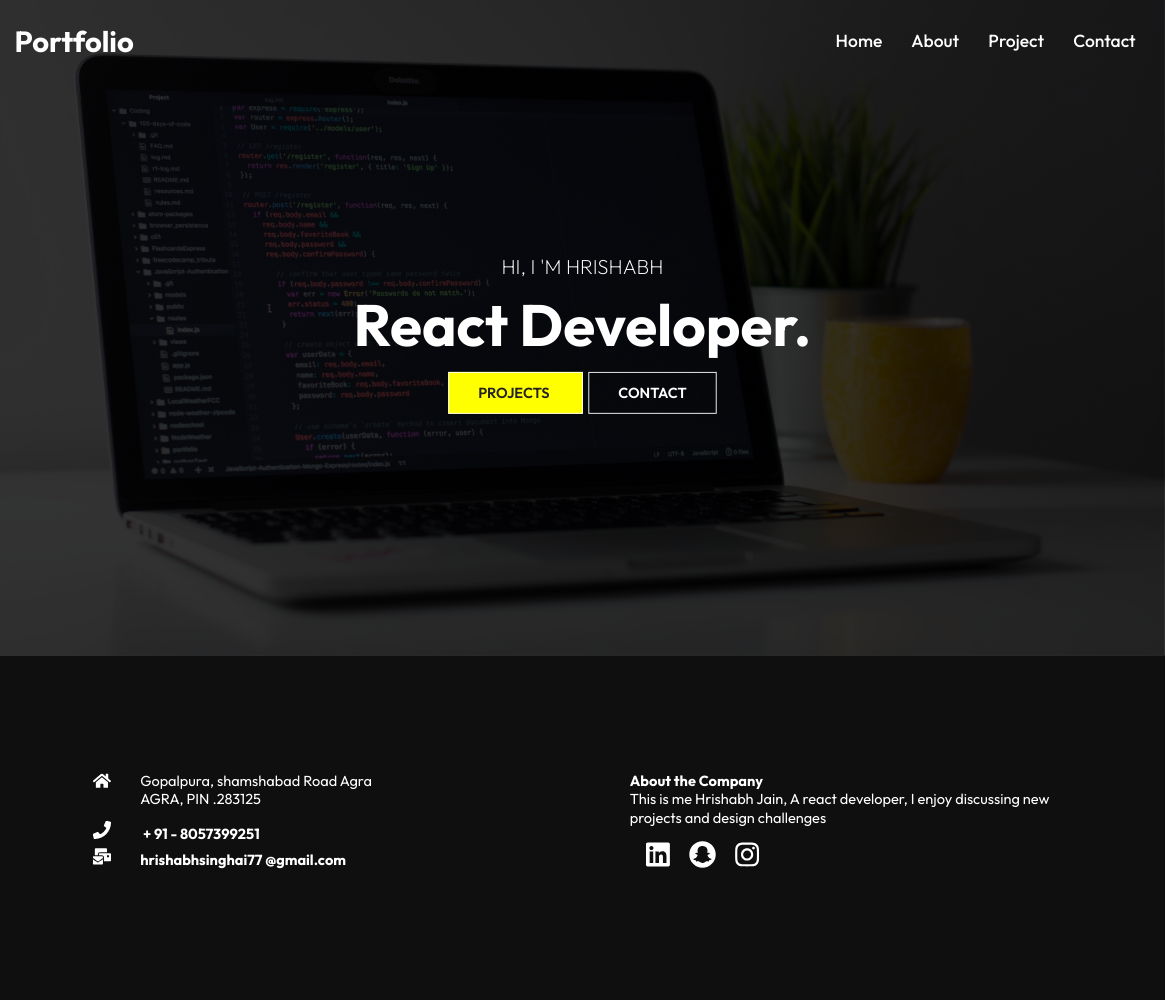
Repository: Hrishabhsinghai/Portfolio
Page: /
The author's editor kept a copy of each file at every save. The page is drawn from the files as they stood at one save, then again after the next save.
The browser window is 1280 px wide. The pictures show the whole page, at 91% of full size.
The project was rebuilt for these pictures with package versions that can differ from the ones it lists, and the page was loaded fresh each time. Also part of the build but not shown: src/routes/About.js, src/routes/Project.js, src/routes/Contact.js.

Above is the page before, as saved 2024-01-04 16:12:03.

### src/index.css
@import url("https://fonts.googleapis.com/css2?family=Orbitron&family=Outfit:wght@100;200;300;400;500;600;700;800;900&display=swap");
* {
  box-sizing: border-box;
  margin: 0;
  padding: 0;
  font-family: "Outfit", sans-serif;
}

body {
  background: black;
}

h1,
h4,
p,
a {
  color: #fff;
  text-decoration: none;
}

ul {
  list-style-type: none;
}

.btn {
  padding: 12px 32px;
  font-size: 1rem;
  text-transform: uppercase;
  color: #222;
  border: 1px solid #fff;
  font-weight: 600;
  cursor: pointer;
  background: yellow;
}

.btn-light {
  background: transparent;
  color: #fff;
}

.btn-hover {
  background: rgba(255, 255, 255, 0.2);
  color: #fff;
  transition: 0.3;
}

### src/App.js
import "./index.css";
import Home from "./routes/Home";
import About from "./routes/About";
import Project from "./routes/Project";
import Contact from "./routes/Contact";
import { Route, Routes } from "react-router-dom";

function App() {
  return (
    <>
      <Routes>
        <Route path="/" element={<Home />} />{" "}
        <Route path="/project" element={<Project />} />{" "}
        <Route path="/About" element={<About />} />{" "}
        <Route path="/Contact" element={<Contact />} />{" "}
      </Routes>{" "}
    </>
  );
}

export default App;

### src/routes/Home.js
import React from "react";
import Navbar from "../components/Navbar";
import HeroImg from "../components/HeroImg";
import Footer from "../components/Footer";

const Home = () => {
  return (
    <div>
      <Navbar />
      <HeroImg />
      <Footer />
    </div>
  );
};

export default Home;

### src/components/Navbar.js
import { Link } from "react-router-dom";
import "./NavbarStyles.css";

import { FaBars, FaTimes } from "react-icons/fa";
import { useState } from "react";

const Navbar = () => {
  const [click, setClick] = useState(false);
  const handleClick = () => setClick(!click);

  const [color, settColor] = useState(false);
  const changeColor = () => {
    if (window.scrollY >= 100) {
      settColor(true);
    } else {
      settColor(false);
    }
  };

  window.addEventListener("scroll", changeColor);

  return (
    <div className={click ? "header header-bg" : "header"}>
      <Link to="/">
        {" "}
        <h1> Portfolio </h1>{" "}
      </Link>{" "}
      <ul className={click ? "nav-menu active" : "nav-menu"}>
        <li>
          <Link to="/"> Home </Link>{" "}
        </li>{" "}
        <li>
          <Link to="/About"> About </Link>{" "}
        </li>{" "}
        <li>
          <Link to="/Project"> Project </Link>{" "}
        </li>{" "}
        <li>
          <Link to="/Contact"> Contact </Link>{" "}
        </li>{" "}
      </ul>{" "}
      <div className="hamburger" onClick={handleClick}>
        {" "}
        {click ? (
          <FaTimes size={20} style={{ color: "#fff" }} />
        ) : (
          <FaBars size={20} style={{ color: "#fff" }} />
        )}{" "}
      </div>{" "}
    </div>
  );
};

export default Navbar;

### src/components/HeroImg.js
import "./HeroImgStyles.css";
import "../index.css";
import IntroImg from "../assets/IntroImg.jpg";
import React from "react";
import { Link } from "react-router-dom";

const HeroImg = () => {
  return (
    <div className="hero">
      <div className="mask">
        <img className="into-img" src={IntroImg} alt="IntroImg" />
      </div>{" "}
      <div className="content">
        <p> HI, I 'M HRISHABH </p> <h1> React Developer. </h1>{" "}
        <div>
          <Link to="/project" className="btn">
            {" "}
            Projects{" "}
          </Link>{" "}
          <Link to="/contact" className="btn btn-light">
            {" "}
            Contact{" "}
          </Link>{" "}
        </div>{" "}
      </div>{" "}
    </div>
  );
};

export default HeroImg;

### src/components/Footer.js
import "./FooterStyles.css";

import React from "react";
import {
  FaHome,
  FaInstagram,
  FaLinkedin,
  FaMailBulk,
  FaPhone,
  FaSnapchat,
} from "react-icons/fa";

const Footer = () => {
  return (
    <div className="footer">
      <div className="footer-container">
        <div className="left">
          <div className="location">
            <FaHome size={20} style={{ color: "#fff", marginRight: "2rem" }} />{" "}
            <div>
              <p> Gopalpura, shamshabad Road Agra </p>{" "}
              <p> AGRA, PIN .283125 </p>{" "}
            </div>{" "}
          </div>{" "}
          <div className="phone">
            <h4>
              {" "}
              <FaPhone
                size={20}
                style={{ color: "#fff", marginRight: "2rem" }}
              />{" "}
              + 91 - 8057399251{" "}
            </h4>{" "}
          </div>{" "}
          <div className="email">
            <h4>
              {" "}
              <FaMailBulk
                size={20}
                style={{ color: "#fff", marginRight: "2rem" }}
              />
              hrishabhsinghai77 @gmail.com{" "}
            </h4>{" "}
          </div>{" "}
        </div>{" "}
        <div className="right">
          <h4> About the Company </h4>{" "}
          <p>
            {" "}
            This is me Hrishabh Jain, A react developer, I enjoy discussing new
            projects and design challenges{" "}
          </p>{" "}
          <div className="social">
            <h4>
              <FaLinkedin
                size={30}
                style={{ color: "#fff", marginLeft: "1rem" }}
              />{" "}
              <FaSnapchat
                size={30}
                style={{ color: "#fff", marginLeft: "1rem" }}
              />{" "}
              <FaInstagram
                size={30}
                style={{ color: "#fff", marginLeft: "1rem" }}
              />{" "}
            </h4>{" "}
          </div>{" "}
        </div>{" "}
      </div>{" "}
    </div>
  );
};

export default Footer;

### src/components/NavbarStyles.css
.header {
  display: flex;
  justify-content: space-between;
  align-items: center;
  padding: 1rem;
  position: fixed;
  width: 100%;
  height: 90px;
  z-index: 10;
}

.header-bg {
  background-color: rgba(0, 0, 0, 0.85);
  transition: 0.5s;
}

.nav-menu {
  display: flex;
}

.nav-menu li {
  padding: 0 1rem;
}

.nav-menu li a {
  font-size: 1.2rem;
  font-weight: 500;
}

.hamburger {
  display: none;
}

@media screen and (max-width: 1040px) {
  .nav-menu {
    flex-direction: column;
    justify-content: center;
    align-items: center;
    width: 100%;
    height: 100vh;
    background: rgba(0, 0, 0, 0.9);
    position: absolute;
    top: 0;
    left: -100%;
    z-index: -3;
    transition: 0.3s;
  }
  .nav-menu.active {
    left: 0;
  }
  .nav-menu li {
    padding: 1rem 0;
  }
  .nav-menu li a {
    font-size: 2rem;
  }
  .hamburger {
    display: initial;
  }
}

### src/components/HeroImgStyles.css
.mask {
  width: 100%;
  height: 100vh;
  position: relative;
}

.into-img {
  width: 100%;
  height: 100vh;
  background-size: cover;
  background-position: center;
  object-fit: cover;
}

.mask::after {
  content: "";
  width: 100%;
  height: 100vh;
  position: absolute;
  top: 0;
  left: 0;
  background-color: #000;
  opacity: 0.8;
}

.hero {
  height: 100%;
  width: 100;
}

.hero .content {
  position: absolute;
  transform: translate(-50%, -50%);
  top: 50%;
  left: 50%;
  text-align: center;
}

.hero .content h1 {
  font-size: 4rem;
  padding: 0.6rem 0 1.5rem;
}

.hero .content p {
  font-size: 1.4rem;
  font-weight: 200;
  text-transform: uppercase;
}

.content .btn {
  margin: 1rem 0.2rem;
}

@media screen and (max-width: 640px) {
  .hero .content h1 {
    font-size: 3rem;
  }
  .hero .content p {
    font-size: 1.4rem;
  }
}

### src/components/FooterStyles.css
.footer {
  width: 100%;
  padding: 6rem 0;
  background-color: rgba(19, 19, 19, 0.8);
}

.footer-container {
  max-width: 1140px;
  margin: auto;
  display: grid;
  grid-template-columns: repeat(2, 1fr);
  grid-gap: 40px;
}

.left {
  height: 100%;
  max-width: 100%;
  display: flex;
  flex-direction: column;
  padding: 2rem;
}

.location {
  display: flex;
  margin-bottom: 0.8rem;
}

.phone {
  line-height: 30px;
}

.right {
  height: 100%;
  max-width: 100%;
  display: flex;
  flex-direction: column;
  padding: 2rem;
  margin-bottom: 0.8rem;
}

.social {
  margin-top: 1rem;
}

Loaded but not shown: public/index.html (common file); src/index.js (common file)

After the next save:
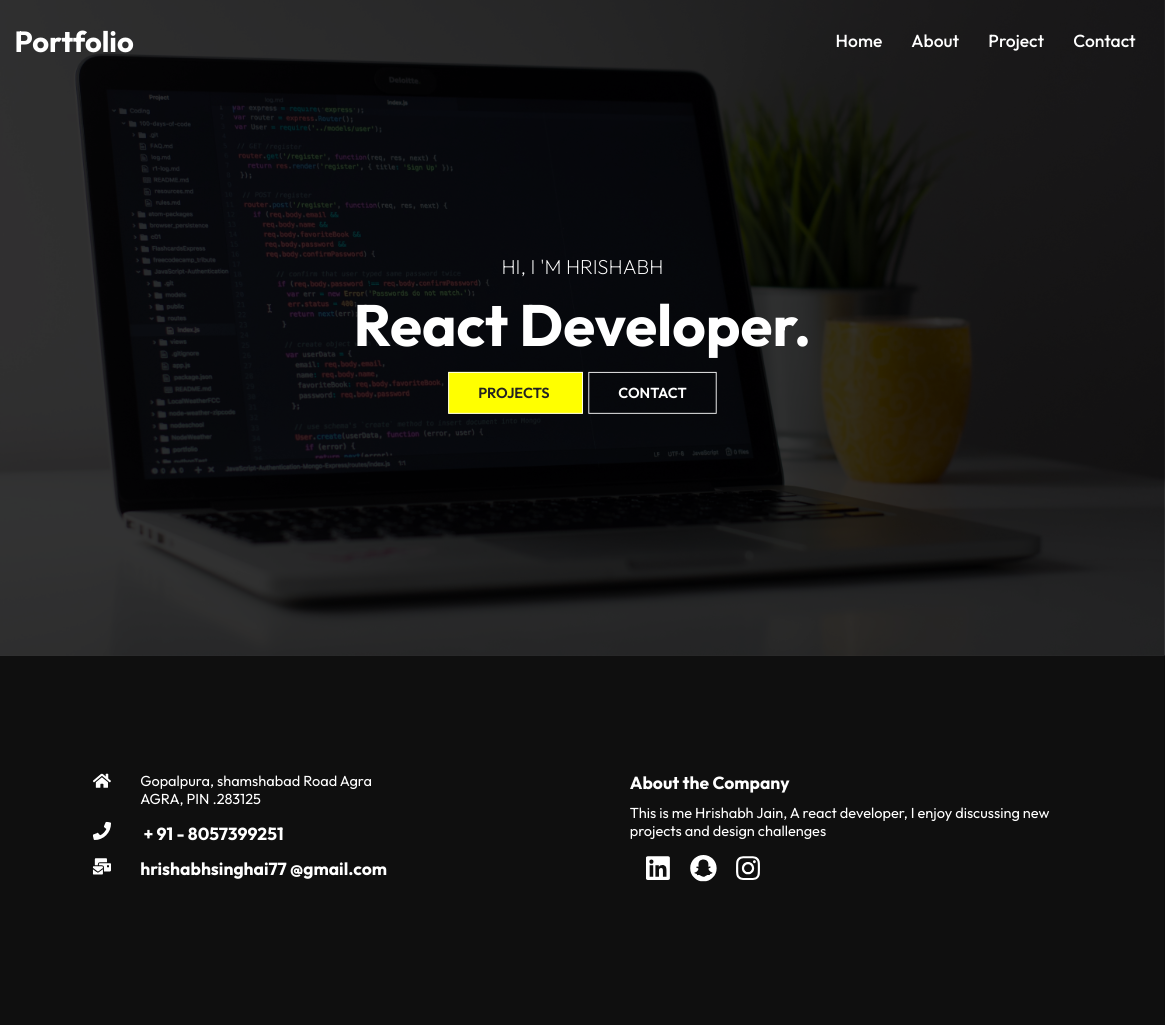
Saved 41 s later.
--- a/src/components/FooterStyles.css
+++ b/src/components/FooterStyles.css
@@ -41,3 +41,8 @@
 .social {
   margin-top: 1rem;
 }
+
+h4 {
+  font-size: 1.2rem;
+  padding-bottom: 0.7rem;
+}
